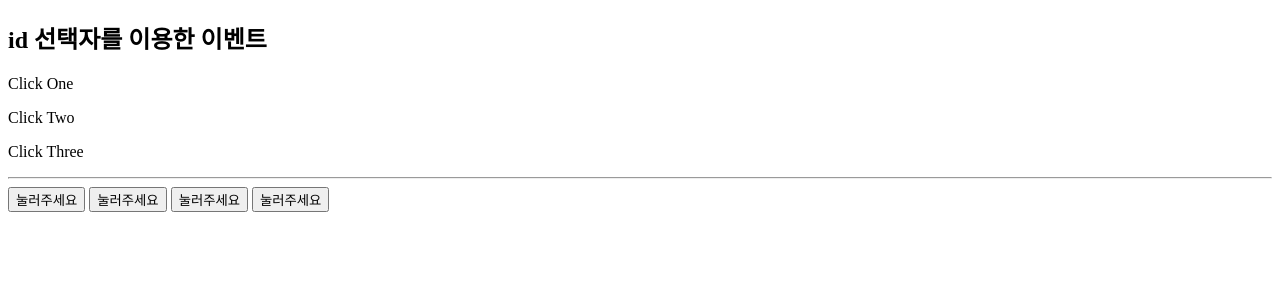
Repository: wjsjsn/23_webstudy
Page: 03_javascript/src/main/webapp/day02/Ex14_event.html
An editor plug-in stored every save of this project. The page is shown before and after the next save, followed by the edit.
The browser window is 1280 px wide. The pictures show the whole page.

Above is the page before, as saved 2023-06-28 06:07:31.

After the next save:
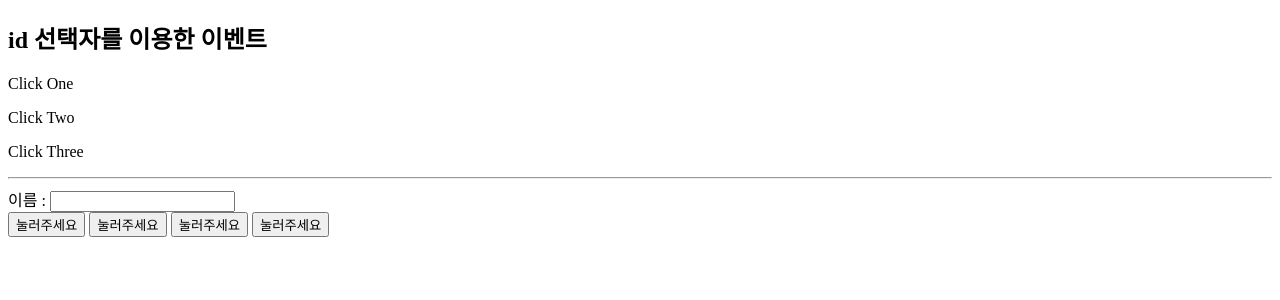
Saved 4 min 48 s later.
--- a/03_javascript/src/main/webapp/day02/Ex14_event.html
+++ b/03_javascript/src/main/webapp/day02/Ex14_event.html
@@ -20,10 +20,12 @@
 	}
 
 	function test4() {
-		// 스타일 지정
+		// demo4에서 content 얻어서 소문자로 만들기
 		var k = document.getElementById("demo4").innerHTML.toLowerCase();
 		console.log(">>>>>>>>>>>" + k)
 		document.getElementById("demo4").innerHTML = k ;
+
+		document.getElementById("demo4").value = k ;
 	}
 
 </script>
@@ -37,8 +39,12 @@
 	<p id="demo3">Click Two</p>
 
 	<p id="demo4">Click Three</p>
+	<hr>
+	<form>
+		이름 : <input type="text" id="uname" name="uname">
+	</form>
 
-	<hr>
+
 	<!-- demo1에 'ICT 인재 개발원' 글자 삽입 -->
 	<button onclick="test1()">눌러주세요</button>
 
